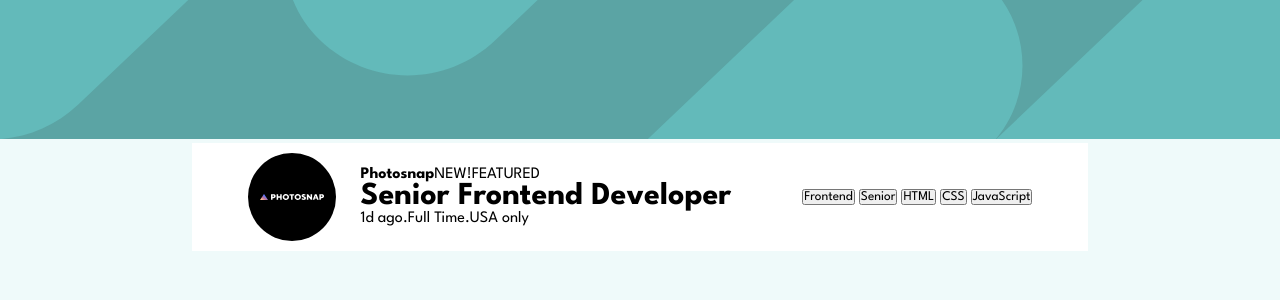
Repository: Eldream12/JobListing
Page: index.html
The author's editor kept a copy of each file at every save. The page is drawn from the files as they stood at one save, then again after the next save.
The browser window is 1280 px wide. The pictures show the whole page.

Above is the page before, as saved 2025-03-31 11:16:46.

After the next save:
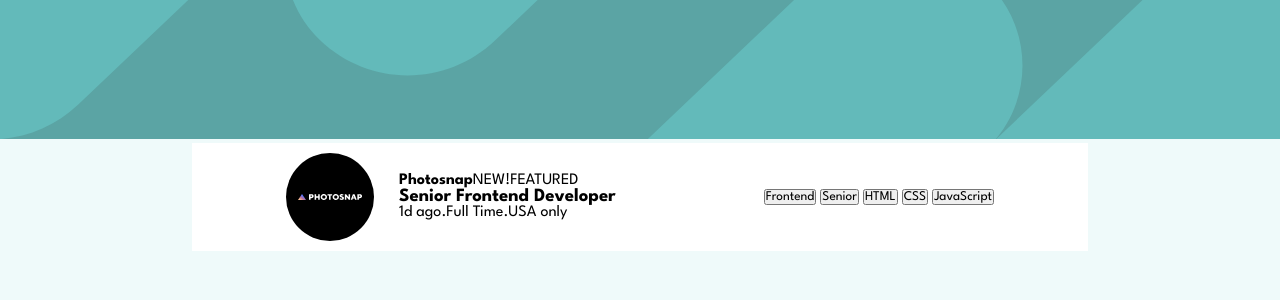
Saved 28 s later.
--- a/index.html
+++ b/index.html
@@ -26,7 +26,7 @@
 								<p>FEATURED</p>
 							</div>
 							<div class="txt-2">
-								<h1>Senior Frontend Developer</h1>
+								<h3>Senior Frontend Developer</h3>
 							</div>
 							<div class="txt-3">
 								<p>1d ago</p>
